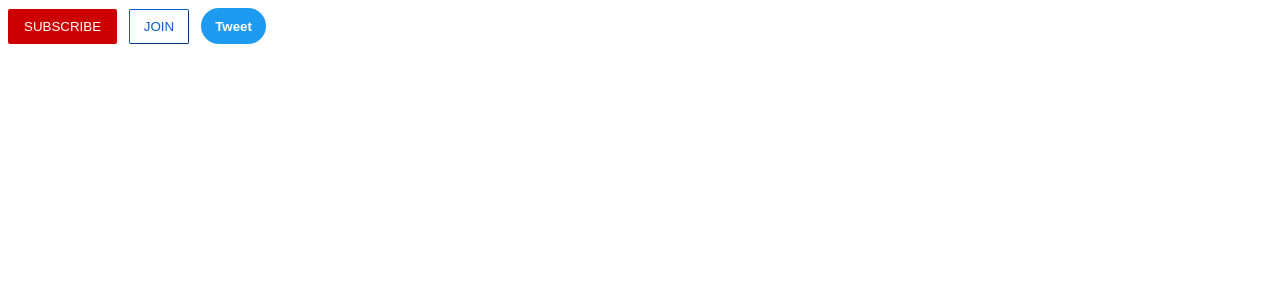
Repository: Kurumilli/Youtube
Page: buttons.html
These files come from the project's save history. The page is drawn as it stood at one moment and after the next save; the edit follows.
The browser window is 1280 px wide. The pictures show the whole page.

Above is the page before, as saved 2025-01-25 20:21:41.

### buttons.html
<html>
<body>
<style>
.subscribe{
    background-color: rgb(204, 0, 0);
    border:none;
    color: white;
    border-radius: 2px;
    cursor: pointer;
    padding-top: 10px;
    padding-bottom: 10px;
    padding-right: 16px;
    padding-left: 16px;
    transition:opacity 0.15s;
}
    .subscribe:hover{
        opacity: 0.8;
    }

    .subscribe:active{
        opacity: 0.4;
    }

.join{
background-color: white;
color: rgb(6, 95, 212);
border-width: 1px;
height:35px;
width: 60px;
border-color:rgb(6, 95, 212);
border-radius: 2px;
cursor: pointer;
margin-left: 8px;
transition:background-color 0.15s, color 1s;
}

    .join:hover{
        background-color:rgb(6, 95, 212) ;
        color: white;
    }

    .join:active{
        opacity: 0.5;
    }

.tweet{
    background-color: rgb(29, 155, 240);
    border: none;
    height: 36px;
    color: white;
    width: 65px;
    border-radius: 18px;
    font-weight: bold;
    margin-left: 8px;
    transition: box-shadow 0.15s;
    }

    .tweet:hover{
        box-shadow:5px 5px 10px rgb(0,0,0, 0.15);
    }
</style>

<button class="subscribe">
    SUBSCRIBE
</button>

<button class="join">
    JOIN
</button>

<button class="tweet">
    Tweet
</button>




</body>
</html>

After the next save:
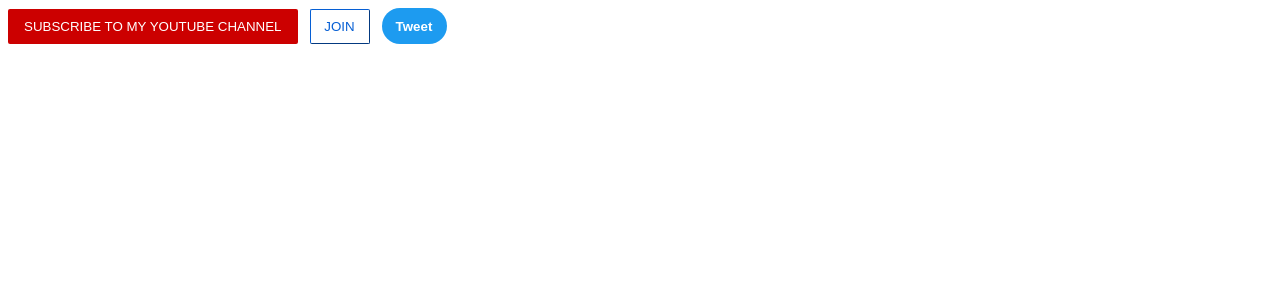
Saved 28 s later.
--- a/buttons.html
+++ b/buttons.html
@@ -61,7 +61,7 @@
 </style>
 
 <button class="subscribe">
-    SUBSCRIBE
+    SUBSCRIBE TO MY YOUTUBE CHANNEL
 </button>
 
 <button class="join">

After the save that followed:
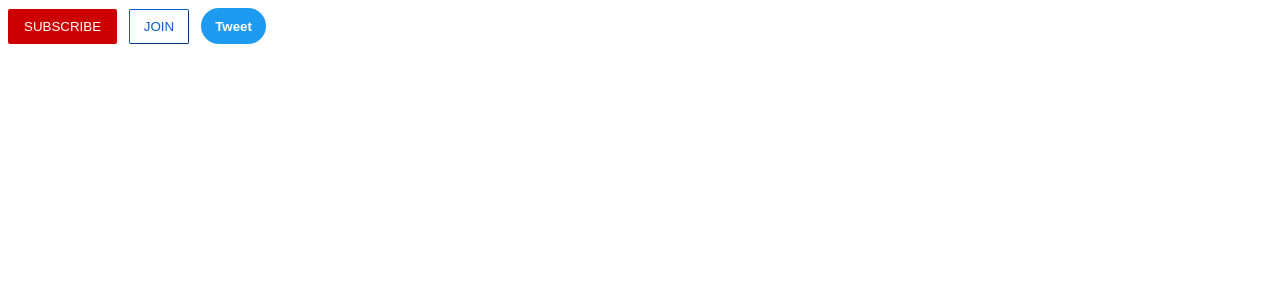
Saved 10 s later.
--- a/buttons.html
+++ b/buttons.html
@@ -61,7 +61,7 @@
 </style>
 
 <button class="subscribe">
-    SUBSCRIBE TO MY YOUTUBE CHANNEL
+    SUBSCRIBE
 </button>
 
 <button class="join">
